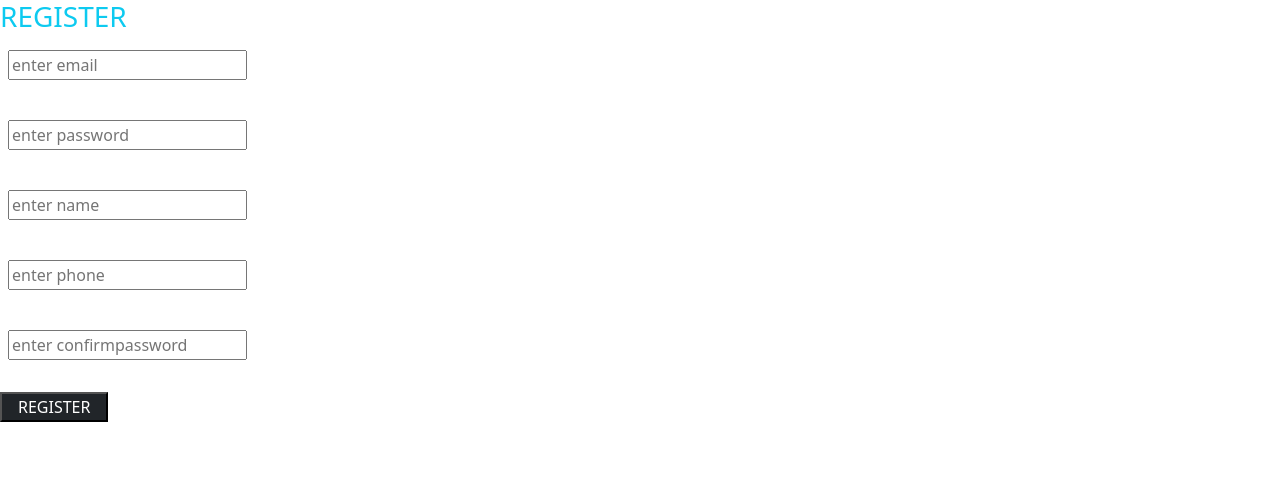
Repository: sreech465/e-prathibha
Page: /register
These files come from the project's save history. The page is drawn as it stood at one moment and after the next save; the edit follows.
The browser window is 1280 px wide. The pictures show the whole page.
The project was rebuilt for these pictures with package versions that can differ from the ones it lists, and the page was loaded fresh each time. Also part of the build but not shown: src/App.css, src/Components/Verify.js, src/Components/Login.js, src/Components/Popup.css, src/Components/Popup.js, src/Components/WritExam.css, src/Components/WriteExam.js, src/Components/ListExams.css and 5 more.

Above is the page before, as saved 2022-10-18 07:23:30.

### src/index.js
import React from "react";
import ReactDOM from "react-dom/client";
import "./index.css";
import App from "./App";
import reportWebVitals from "./reportWebVitals";
import { Provider } from "react-redux";
import { store } from "./Redux/Store";

import "bootstrap/dist/css/bootstrap.min.css";

const root = ReactDOM.createRoot(document.getElementById("root"));
root.render(
  <React.StrictMode>
    <Provider store={store}>
      <App />
    </Provider>
  </React.StrictMode>
);

// If you want to start measuring performance in your app, pass a function
// to log results (for example: reportWebVitals(console.log))
// or send to an analytics endpoint. Learn more: https://bit.ly/CRA-vitals
reportWebVitals();

### src/App.js
import "bootstrap/dist/css/bootstrap.min.css";
import "./App.css";
import Register from "./Components/Register";
import { useSelector } from "react-redux";
import Verify from "./Components/Verify";

import Login from "./Components/Login";
import { Routes, Route } from "react-router-dom";
import WriteExam from "./Components/WriteExam";
import { BrowserRouter } from "react-router-dom";
import ListOfExams from "./Components/ListOfExams";
import CategoryOfExams from "./Components/CategoryOfExams";
import PremiumList from "./Components/PremiumList";
import MockList from "./Components/MockList";
import PwriteExam from "./Components/PwriteExam";

function App() {
  const state = useSelector((state) => state);
  console.log(state);

  return (
    <>
      <div className="App">
        <BrowserRouter>
          <Routes>
            <Route path="/register" element={<Register />} />
            <Route path="/Verify" element={<Verify />} />
            <Route path="/" element={<Login />} />
            <Route path="/ListOfExams" element={<ListOfExams />} />
            <Route path="/PremiumList" element={<PremiumList />} />
            <Route path="/MockList" element={<MockList />} />
            <Route path="/CategoryOfExams" element={<CategoryOfExams />} />
            <Route path="/ListOfExams/:id" element={<WriteExam />} />
            <Route path="/PremiumList/:id" element={<WriteExam />} />
          </Routes>
        </BrowserRouter>
      </div>
    </>
  );
}

export default App;

### src/Redux/Store.js
import { applyMiddleware } from "redux";

import { createStore } from "redux";
import thunk from "redux-thunk";
import { rootreducer } from "./CombineReducers";

export const store = createStore(rootreducer, applyMiddleware(thunk));

### src/Components/Register.js
import React from "react";
import { useDispatch } from "react-redux";
import { useState } from "react";
import { registerUser } from "../Redux/Actions";
import { useNavigate } from "react-router-dom";

const Register = () => {
  const navigate = useNavigate();
  const [email, setEmail] = useState("");
  const [password, setPassword] = useState("");
  const [name, setName] = useState("");
  const [phone, setPhone] = useState("");
  const [confirmPassword, setConfirmPassword] = useState("");
  const dispatch = useDispatch();
  const handleRegister = (e) => {
    e.preventDefault();
    dispatch(
      registerUser({ email, name, phone, password, confirmPassword, navigate })
    );
  };

  return (
    <>
      <h3 className="text-info">REGISTER</h3>
      <input
        className="m-2"
        type="text"
        placeholder="enter email"
        onChange={(e) => {
          setEmail(e.target.value);
        }}
      />
      <br />
      <br />
      <input
        className="m-2"
        type="text"
        placeholder="enter password"
        onChange={(e) => {
          setPassword(e.target.value);
        }}
      />
      <br />
      <br />
      <input
        className="m-2"
        type="text"
        placeholder="enter name"
        onChange={(e) => {
          setName(e.target.value);
        }}
      />
      <br />
      <br />
      <input
        className="m-2"
        type="text"
        placeholder="enter phone"
        onChange={(e) => {
          setPhone(e.target.value);
        }}
      />
      <br />
      <br />
      <input
        className="m-2"
        type="text"
        placeholder="enter confirmpassword"
        onChange={(e) => {
          setConfirmPassword(e.target.value);
        }}
      />
      <br />
      <br />
      <button className="px-3 bg-dark text-white" onClick={handleRegister}>
        REGISTER
      </button>
    </>
  );
};

export default Register;

### src/Redux/CombineReducers.js
import { combineReducers } from "redux";
import {
  loginReducer,
  packageReducer,
  payReducer,
  submitExamReducer,
} from "./Reducer";
import { endExamReducer } from "./Reducer";
import { yearlyQreducer } from "./Reducer";
import { verifyReducer } from "./Reducer";
import { registerReducer } from "./Reducer";
import { writeExamReducer } from "./Reducer";
import { premiumReducer } from "./Reducer";
import { mockReducer } from "./Reducer";

export const rootreducer = combineReducers({
  RegisterReducer: registerReducer,
  VerifyReducer: verifyReducer,
  LoginReducer: loginReducer,
  GetYearlyReducer: yearlyQreducer,
  WexamReducer: writeExamReducer,
  EexamReducer: endExamReducer,
  PremiumReducer: premiumReducer,
  MockReducer: mockReducer,
  SubmitExamReducer: submitExamReducer,
  PayReducer: payReducer,
  PackageReducer: packageReducer,
});

### src/Redux/Actions.js
import axios from "axios";
import { Actions } from "../Components/types";

export const baseUrl = "http://test.e-prathibha.com/apis";

export const loginUser = ({ email, password, navigate }) => {
  const formData = {
    email: email,
    password: password,
  };
  return async (dispatch) => {
    try {
      await axios.post(`${baseUrl}/login`, formData).then((response) => {
        console.log("response from api", response.data);
        if (response.status == 200) {
          dispatch({ type: Actions.LOGIN, payload: response.data });
          navigate("/CategoryOfExams");
        }
      });
    } catch (err) {
      console.log(err);
    }
  };
};

export const registerUser = ({
  email,
  password,
  phone,
  confirmPassword,
  name,
  navigate,
}) => {
  const formData = {
    email: email,
    name: name,
    phone: phone,
    password: password,
    confirmPassword: confirmPassword,
  };
  console.log(email);
  console.log(name);
  console.log(phone);
  console.log(password);
  console.log(confirmPassword);
  console.log(formData);

  return async (dispatch) => {
    try {
      await axios.post(`${baseUrl}/register`, formData).then((response) => {
        console.log("response from api", response);
        if (response.status == 200) {
          dispatch({ type: Actions.REGISTER, payload: response.data });
          navigate("/Verify");
        }
      });
    } catch (err) {
      console.log(err);
    }
  };
};

export const verifyUser = ({ reg_code }) => {
  const formData = {
    reg_code: reg_code,
  };

  return async (dispatch) => {
    try {
      await axios.post(`${baseUrl}/verifyEmail`, formData).then((response) => {
        console.log("response from api", response);
        if (response.status == 200) {
          dispatch({ type: Actions.VERIFY, payload: response.data });
          alert("successfully verified email");
        }
      });
    } catch (err) {
      console.log(err);
    }
  };
};

export const getYearlyQuestions = ({ state2 }) => {
  const formData = {
    email: "jj@gmail.com",
    name: "jj",
    phone: "678",
    password: "jj",
    confirmPassword: "jj",
  };

  let config = {
    headers: {
      id: `${state2.Id}`,
      server_key: "3w99V63pW7tJ7vavGXtCKo8cp",
      tokenu: `${state2.Token}`,
    },
  };

  console.log(state2.Token);
  console.log(state2.Id);

  return async (dispatch) => {
    try {
      await axios
        .post(`${baseUrl}/test_free_exam`, formData, config)
        .then((response) => {
          console.log("response from api", response);

          if (response.status == 200) {
            dispatch({
              type: Actions.GETYEARLYQUESTIONS,
              payload: response.data,
            });
          }
        });
    } catch (err) {
      console.log(err);
    }
  };
};

export const premiumExams = ({ state2 }) => {
  const formData = {
    email: "jj@gmail.com",
    name: "jj",
    phone: "678",
    password: "jj",
    confirmPassword: "jj",
  };

  let config = {
    headers: {
      id: `${state2.Id}`,
      server_key: "3w99V63pW7tJ7vavGXtCKo8cp",
      tokenu: `${state2.Token}`,
    },
  };

  console.log(state2.Token);
  console.log(state2.Id);

  return async (dispatch) => {
    try {
      await axios
        .post(`${baseUrl}/premium_exam`, formData, config)
        .then((response) => {
          console.log("mahesh", response);

          if (response.status == 200) {
            dispatch({
              type: Actions.PREMIUMEXAMS,
              payload: response.data,
            });
          }
        });
    } catch (err) {
      console.log(err);
    }
  };
};

export const mockExams = ({ state2 }) => {
  const formData = {
    email: "jj@gmail.com",
    name: "jj",
    phone: "678",
    password: "jj",
    confirmPassword: "jj",
  };

  let config = {
    headers: {
      id: `${state2.Id}`,
      server_key: "3w99V63pW7tJ7vavGXtCKo8cp",
      tokenu: `${state2.Token}`,
    },
  };

  console.log(state2.Token);
  console.log(state2.Id);

  return async (dispatch) => {
    try {
      await axios
        .post(`${baseUrl}/mock_exam`, formData, config)
        .then((response) => {
          console.log("response from api", response);

          if (response.status == 200) {
            dispatch({
              type: Actions.MOCKEXAMS,
              payload: response.data,
            });
          }
        });
    } catch (err) {
      console.log(err);
    }
  };
};
export const writeTheExam = ({ id, state2 }) => {
  let config = {
    headers: {
      id: `${state2.Id}`,
      server_key: "3w99V63pW7tJ7vavGXtCKo8cp",
      tokenu: `${state2.Token}`,
    },
  };

  return async (dispatch) => {
    try {
      await axios
        .get(`${baseUrl}/start_exam?examId=${id}`, config)

        .then((response) => {
          console.log("response from api", response);

          dispatch({
            type: Actions.WRITETHEEXAM,
            payload: response.data.data.exam,
          });
        });
    } catch (err) {
      console.error(err);
    }
  };
};

export const submitTheExam = ({ state2, id }) => {
  let config = {
    headers: {
      id: `${state2.Id}`,
      server_key: "3w99V63pW7tJ7vavGXtCKo8cp",
      tokenu: `${state2.Token}`,
    },
  };

  const postData2 = {
    examId: `${id}`,
    examresultId: 63,
  };

  return async (dispatch) => {
    try {
      await axios
        .post(`${baseUrl}/submit`, postData2, config)

        .then((response) => {
          console.log("response from api", response.data);
          dispatch({ type: Actions.SUBMITEXAM, payload: response.data });
        });
    } catch (err) {
      console.error(err);
    }
  };
};

export const endTheExam = ({ state2, id }) => {
  let config = {
    headers: {
      id: `${state2.Id}`,
      server_key: "3w99V63pW7tJ7vavGXtCKo8cp",
      tokenu: `${state2.Token}`,
    },
  };

  const postData1 = {
    examId: `${id}`,
    qno: 1,
  };

  return async (dispatch) => {
    try {
      await axios
        .post(`${baseUrl}/finishExam`, postData1, config)

        .then((response) => {
          console.log("response from api", response.data);
          dispatch({ type: Actions.ENDTHEEXAM, payload: response.data });
        });
    } catch (err) {
      console.error(err);
    }
  };
};

export const paymentDetails = ({ state2 }) => {
  let config = {
    headers: {
      id: `${state2.Id}`,
      server_key: "3w99V63pW7tJ7vavGXtCKo8cp",
      tokenu: `${state2.Token}`,
    },
  };

  const postData4 = {
    packagearr: { 8: "1" },
    packagetype: "RAZORPAY",
    year: "",
  };

  return async (dispatch) => {
    try {
      await axios
        .post(`${baseUrl}/test_paymentGateway`, postData4, config)

        .then((response) => {
          console.log("response from api", response.data);
          dispatch({ type: Actions.PAYDETAILS, payload: response.data });
        });
    } catch (err) {
      console.error(err);
    }
  };
};

export const packageStar = ({ state2 }) => {
  console.log(state2.Id, state2.Token, "prabhas");
  let config = {
    headers: {
      id: `${state2.Id}`,
      server_key: "3w99V63pW7tJ7vavGXtCKo8cp",
      tokenu: `${state2.Token}`,
    },
  };

  let server_key = "3w99V63pW7tJ7vavGXtCKo8cp";

  return async (dispatch) => {
    try {
      await axios
        .post(`${baseUrl}/packageDetails`, server_key, config)

        .then((response) => {
          console.log("response from api", response.data);
          dispatch({ type: Actions.PACKAGEDETAILS, payload: response.data });
        });
    } catch (err) {
      console.error(err);
    }
  };
};

### src/Redux/Reducer.js
import { Actions } from "../Components/types";

const initialstate1 = {
  user1: "",
  user2: "",
  user3: "",
  user4: "",
  user5: "",
  user6: "",
  user7: "",
  user8: "",
  user9: "",
  user10: "",
  user11: "",
};

export const loginReducer = (state = initialstate1, action) => {
  const { type, payload } = action;

  switch (type) {
    case Actions.LOGIN:
      return { ...state, user3: payload };
    default:
      return state;
  }
};

export const registerReducer = (state = initialstate1, action) => {
  const { type, payload } = action;

  switch (type) {
    case Actions.REGISTER:
      return { ...state, user1: payload };
    default:
      return state;
  }
};

export const verifyReducer = (state = initialstate1, action) => {
  const { type, payload } = action;

  switch (type) {
    case Actions.VERIFY:
      return { ...state, user2: payload };
    default:
      return state;
  }
};

export const yearlyQreducer = (state = initialstate1, action) => {
  const { type, payload } = action;

  switch (type) {
    case Actions.GETYEARLYQUESTIONS:
      return { ...state, user4: payload };
    default:
      return state;
  }
};

export const premiumReducer = (state = initialstate1, action) => {
  const { type, payload } = action;

  switch (type) {
    case Actions.PREMIUMEXAMS:
      return { ...state, user7: payload };
    default:
      return state;
  }
};

export const mockReducer = (state = initialstate1, action) => {
  const { type, payload } = action;

  switch (type) {
    case Actions.MOCKEXAMS:
      return { ...state, user8: payload };
    default:
      return state;
  }
};

export const writeExamReducer = (state = initialstate1, action) => {
  const { type, payload } = action;

  switch (type) {
    case Actions.WRITETHEEXAM:
      return { ...state, user5: payload };
    default:
      return state;
  }
};

export const submitExamReducer = (state = initialstate1, action) => {
  const { type, payload } = action;

  switch (type) {
    case Actions.SUBMITEXAM:
      return { ...state, user9: payload };
    default:
      return state;
  }
};

export const endExamReducer = (state = initialstate1, action) => {
  const { type, payload } = action;

  switch (type) {
    case Actions.ENDTHEEXAM:
      return { ...state, user6: payload };
    default:
      return state;
  }
};

export const payReducer = (state = initialstate1, action) => {
  const { type, payload } = action;

  switch (type) {
    case Actions.PAYDETAILS:
      return { ...state, user10: payload };
    default:
      return state;
  }
};

export const packageReducer = (state = initialstate1, action) => {
  const { type, payload } = action;

  switch (type) {
    case Actions.PACKAGEDETAILS:
      return { ...state, user11: payload };
    default:
      return state;
  }
};

### src/Components/types.js
export const Actions = {
  LOGIN: "LOGIN",
  REGISTER: "REGISTER",
  VERIFY: "VERIFY",
  GETYEARLYQUESTIONS: "GETYEARLYQUESTIONS",
  WRITETHEEXAM: "WRITETHEEXAM",
  SUBMITEXAM: "SUBMITEXAM",
  ENDTHEEXAM: "ENDTHEEXAM",
  PREMIUMEXAMS: "PREMIUMEXAMS",
  MOCKEXAMS: "MOCKEXAMS",
  PAYDETAILS: "PAYDETAILS",
  PACKAGEDETAILS: "PACKAGEDETAILS",
};

### src/Components/Sidebar.js
import React from "react";

const Sidebar = () => {
  return <div>sidebar</div>;
};

export default Sidebar;

Loaded but not shown: public/index.html (common file); src/index.css (common file); src/reportWebVitals.js (common file)

After the next save:
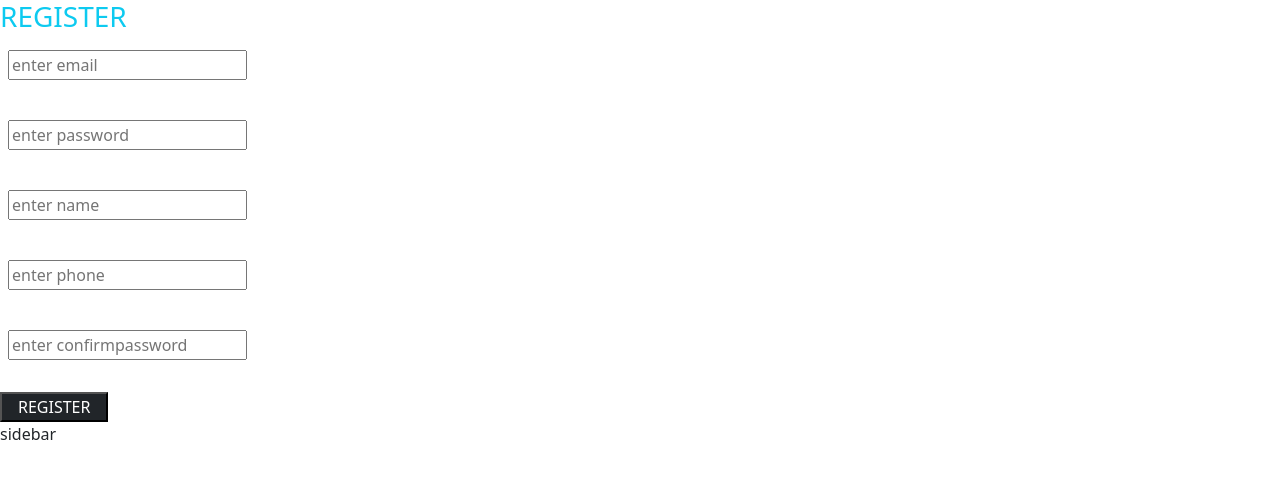
Saved 56 s later.
--- a/src/App.js
+++ b/src/App.js
@@ -13,7 +13,7 @@ import CategoryOfExams from "./Components/CategoryOfExams";
 import PremiumList from "./Components/PremiumList";
 import MockList from "./Components/MockList";
 import PwriteExam from "./Components/PwriteExam";
-
+import Sidebar from "./Components/Sidebar";
 function App() {
   const state = useSelector((state) => state);
   console.log(state);
@@ -34,6 +34,7 @@ function App() {
             <Route path="/PremiumList/:id" element={<WriteExam />} />
           </Routes>
         </BrowserRouter>
+        <Sidebar />
       </div>
     </>
   );
